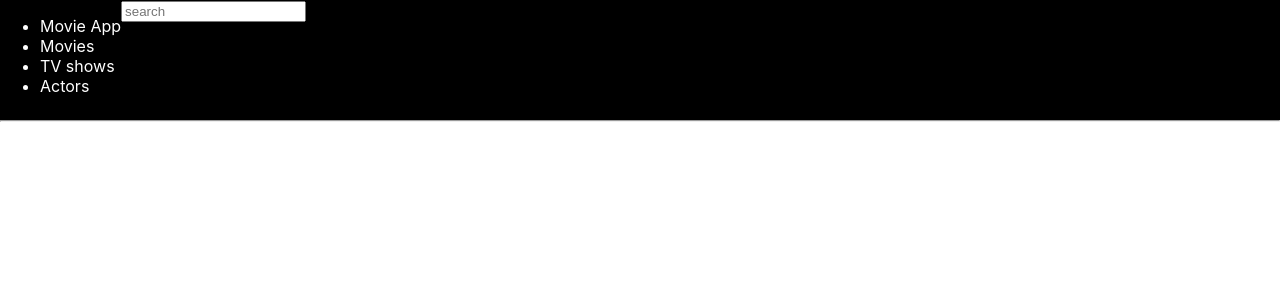
Repository: manahiang/MovieMana
Page: / (app in src/)
The author's editor kept a copy of each file at every save. The page is drawn from the files as they stood at one save, then again after the next save.
The browser window is 1280 px wide. The pictures show the whole page.
The project was rebuilt for these pictures with package versions that can differ from the ones it lists, and the page was loaded fresh each time. Also part of the build but not shown: src/src/App.css.

Above is the page before, as saved 2022-11-14 10:38:04.

After the next save:
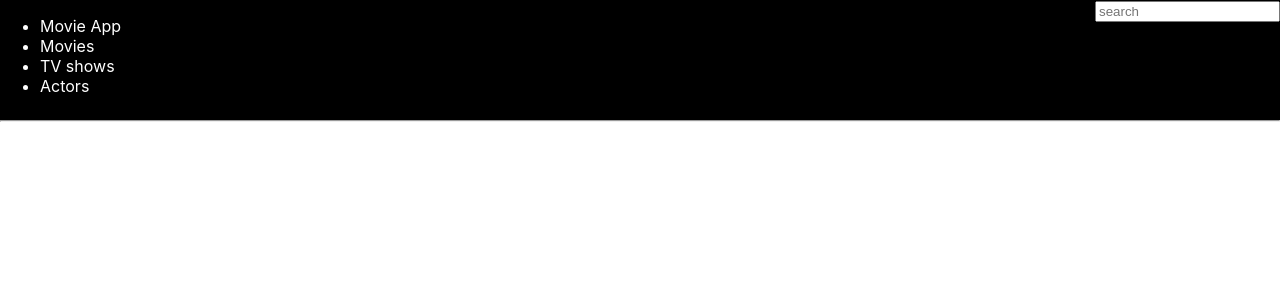
Saved 5 s later.
--- a/src/src/index.css
+++ b/src/src/index.css
@@ -14,5 +14,5 @@ body {
 }
 .navbar{
   display: flex;
-  justify-content: s;
+  justify-content: space-between;
 }
